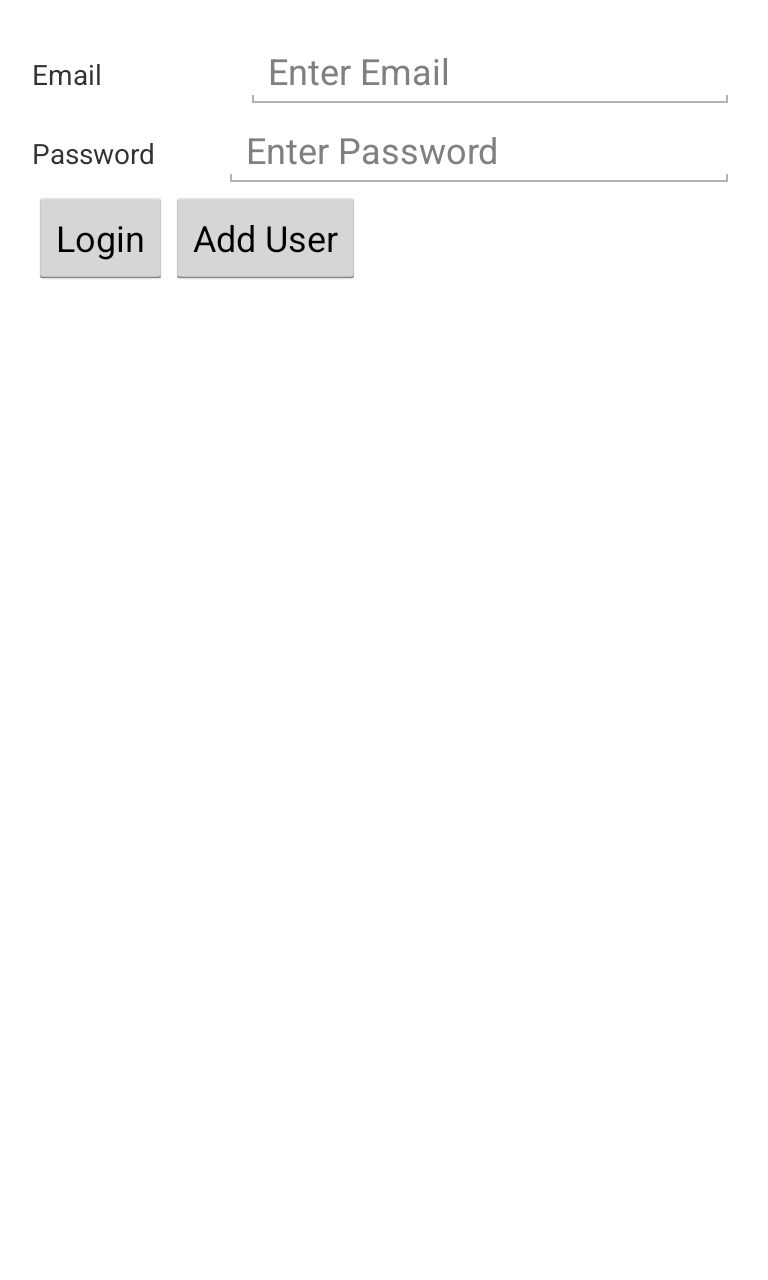
Repository: akhilnambiar/CS186_warmup1
Layout: frontend/LoginCounter/res/layout/activity_main.xml
These files come from the project's save history. The layout is drawn as it stood at one moment and after the next save; the edit follows.
It is drawn on a 768 x 1280 px phone screen (xhdpi) without system bars, with theme AppTheme; the app's code is not run.

Above is the layout before, as saved 2014-02-19 17:58:39.

### frontend/LoginCounter/res/layout/activity_main.xml
<LinearLayout xmlns:android="http://schemas.android.com/apk/res/android"
    xmlns:tools="http://schemas.android.com/tools"
    android:layout_width="match_parent"
    android:layout_height="match_parent"
    android:paddingBottom="@dimen/activity_vertical_margin"
    android:paddingLeft="@dimen/activity_horizontal_margin"
    android:paddingRight="@dimen/activity_horizontal_margin"
    android:paddingTop="@dimen/activity_vertical_margin"
    android:orientation="vertical"
    tools:context=".MainActivity" >
    <LinearLayout
        android:layout_width="fill_parent"
   	    android:layout_height="wrap_content" >
   	</LinearLayout>
    <LinearLayout
        android:layout_width="fill_parent"
   	    android:layout_height="wrap_content" >
    <TextView
       android:id="@+id/tvEmail"
       android:layout_width="50dp"
       android:layout_height="wrap_content"
       android:text="@string/email_tag"
       android:layout_weight="3"/>
	<EditText android:id="@+id/mail_message"
        android:layout_width="wrap_content"
        android:layout_height="wrap_content"
        android:hint="@string/email_message"
        android:layout_weight="7" />
	</LinearLayout>
	<LinearLayout
	    android:layout_width="fill_parent"
   	    android:layout_height="wrap_content">
	<TextView
       android:id="@+id/tvPass"
       android:layout_width="50dp"
       android:layout_height="wrap_content"
       android:text="@string/pass_tag"
       android:layout_weight="3" />
    <EditText android:id="@+id/pass_message"
        android:layout_width="wrap_content"
        android:layout_height="wrap_content"
        android:hint="@string/pass_message"
        android:layout_weight="7" />
    </LinearLayout>
    <LinearLayout
        android:layout_width="fill_parent"
   	    android:layout_height="wrap_content">
    <Button
        android:layout_width="wrap_content"
        android:layout_height="wrap_content"
        android:text="@string/button_login"
        android:onClick="sendLogin"/>
    <Button
        android:layout_width="wrap_content"
        android:layout_height="wrap_content"
        android:text="@string/button_add"
        android:onClick="sendAdd"/>
    </LinearLayout>
</LinearLayout>

### frontend/LoginCounter/res/values/strings.xml
<?xml version="1.0" encoding="utf-8"?>
<resources>

    <string name="app_name">LoginCounter</string>
    <string name="button_send">Send</string>
    <string name="button_login">Login</string>
    <string name="button_logout">Logout</string>
    <string name="button_add">Add User</string>
    <string name="title_activity_main">Main Activity</string>
    <string name="action_settings">Settings</string>
    <string name="hello_world">Hello world!</string>
    <string name="edit_message">Enter a Message</string>
    <string name="email_message">Enter Email</string>
    <string name="pass_message">Enter Password</string>
    <string name="email_tag">Email</string>
    <string name="pass_tag">Password</string>
    <string name="title_activity_display_message">My Message</string>

</resources>

Loaded but not shown: frontend/LoginCounter/res/values/styles.xml (common file); frontend/LoginCounter/res/values-v11/styles.xml (common file); frontend/LoginCounter/res/values-v14/styles.xml (common file); frontend/LoginCounter/res/values/dimens.xml (common file)

After the next save:
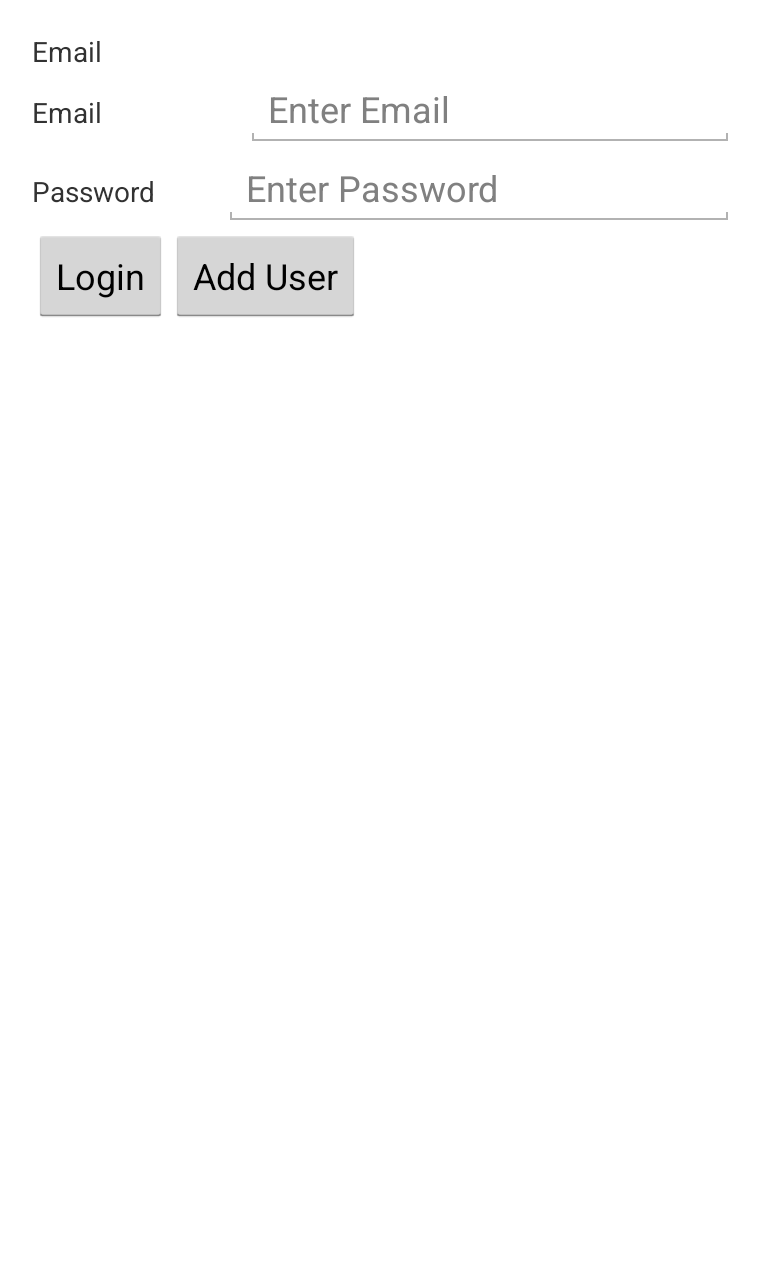
Saved 15 s later.
--- a/frontend/LoginCounter/res/layout/activity_main.xml
+++ b/frontend/LoginCounter/res/layout/activity_main.xml
@@ -11,6 +11,12 @@
     <LinearLayout
         android:layout_width="fill_parent"
    	    android:layout_height="wrap_content" >
+   	    <TextView
+       android:id="@+id/status"
+       android:layout_width="50dp"
+       android:layout_height="wrap_content"
+       android:text="@string/email_tag"
+       android:layout_weight="1"/>
    	</LinearLayout>
     <LinearLayout
         android:layout_width="fill_parent"
